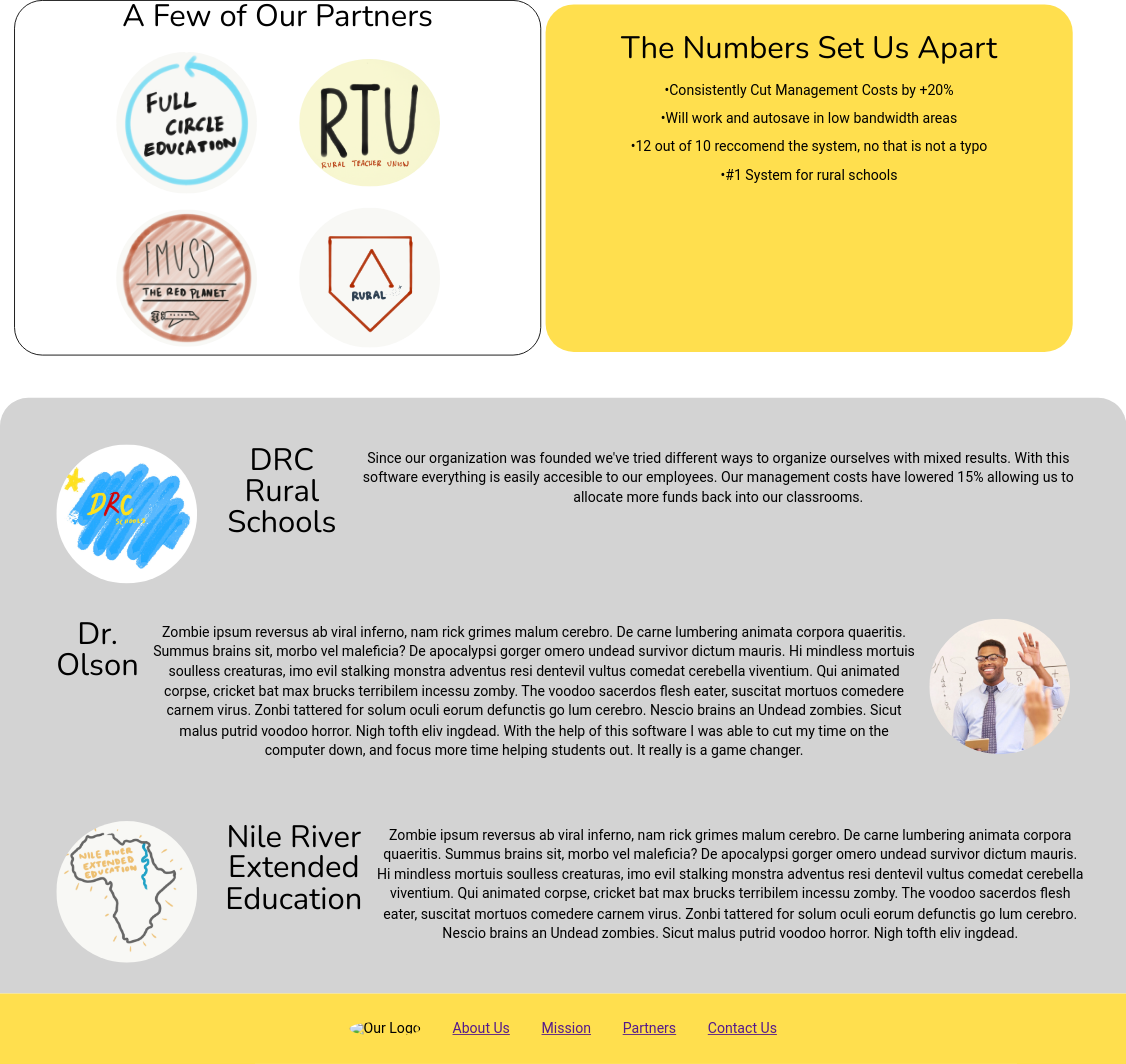
Repository: internationalrural-school-report/maketing-page
Page: marketing.html
The author's editor kept a copy of each file at every save. The page is drawn from the files as they stood at one save, then again after the next save.
The browser window is 1280 px wide. The pictures show the whole page, at 88% of full size.

Above is the page before, as saved 2019-08-24 12:50:05.

After the next save:
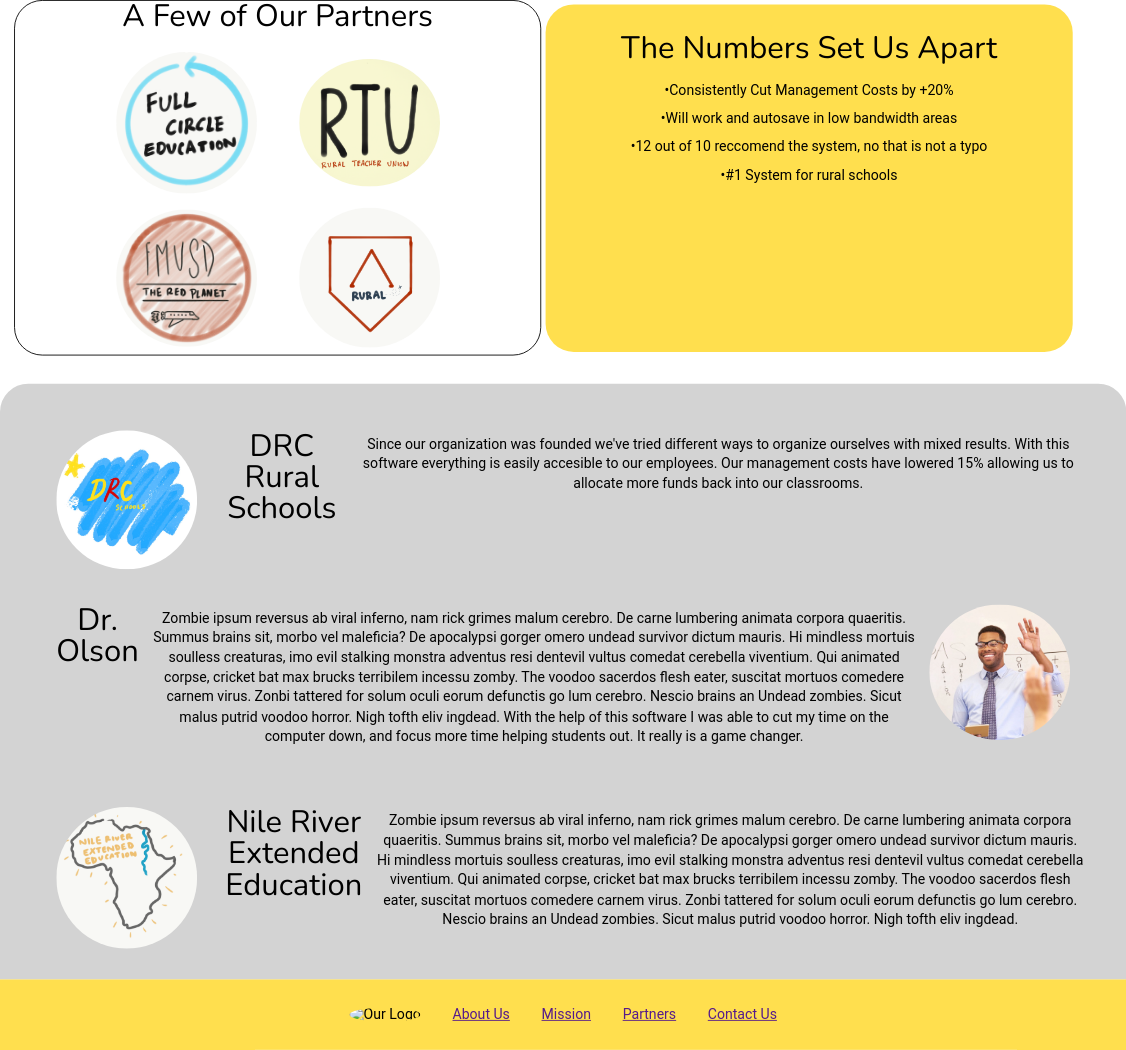
Saved 26 s later.
--- a/css-marketing.css
+++ b/css-marketing.css
@@ -121,7 +121,7 @@ img {
 .testimonials {
     border-top-right-radius: 2rem;
     border-top-left-radius: 2rem;
-    margin-top: 3rem;
+    margin-top: 2rem;
     background: lightgray;
     padding-top: 3rem;
     padding-left: 3rem;
